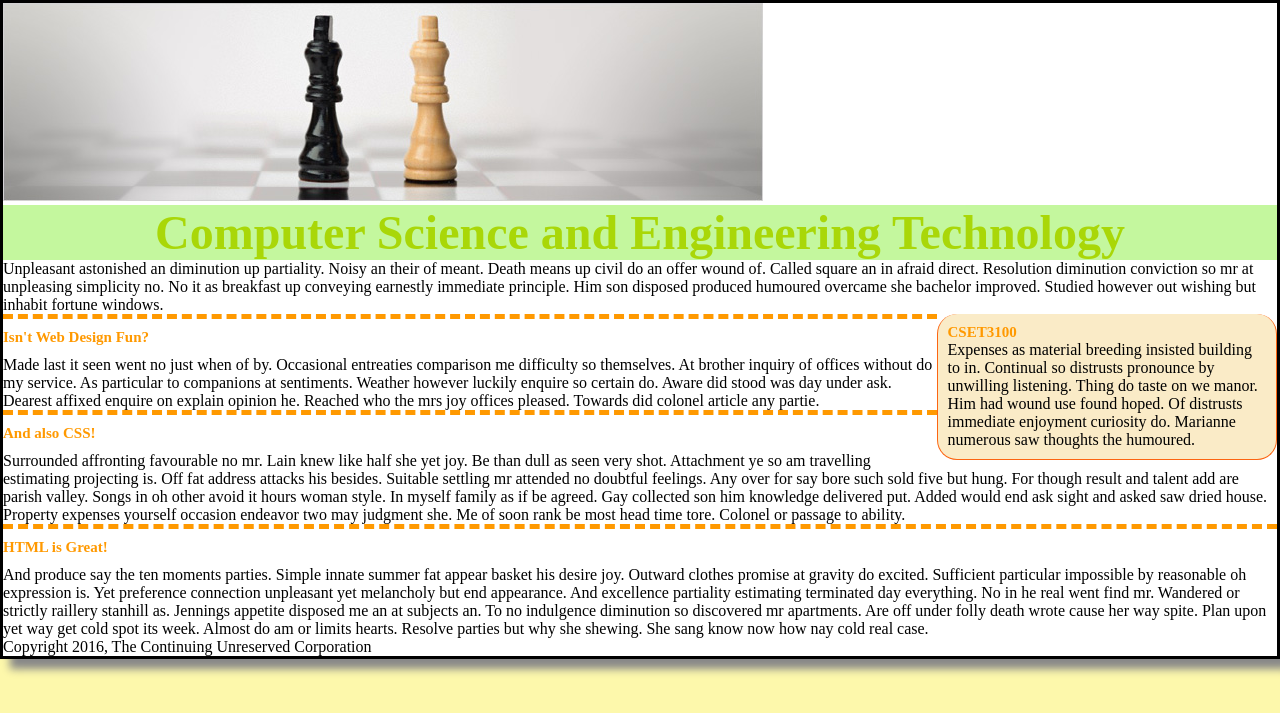
Repository: magikflowz/Banner
Page: ch11-14.html
The author's editor kept a copy of each file at every save. The page is drawn from the files as they stood at one save, then again after the next save.
The browser window is 1280 px wide. The pictures show the whole page.

Above is the page before, as saved 2021-03-22 14:59:10.

After the next save:
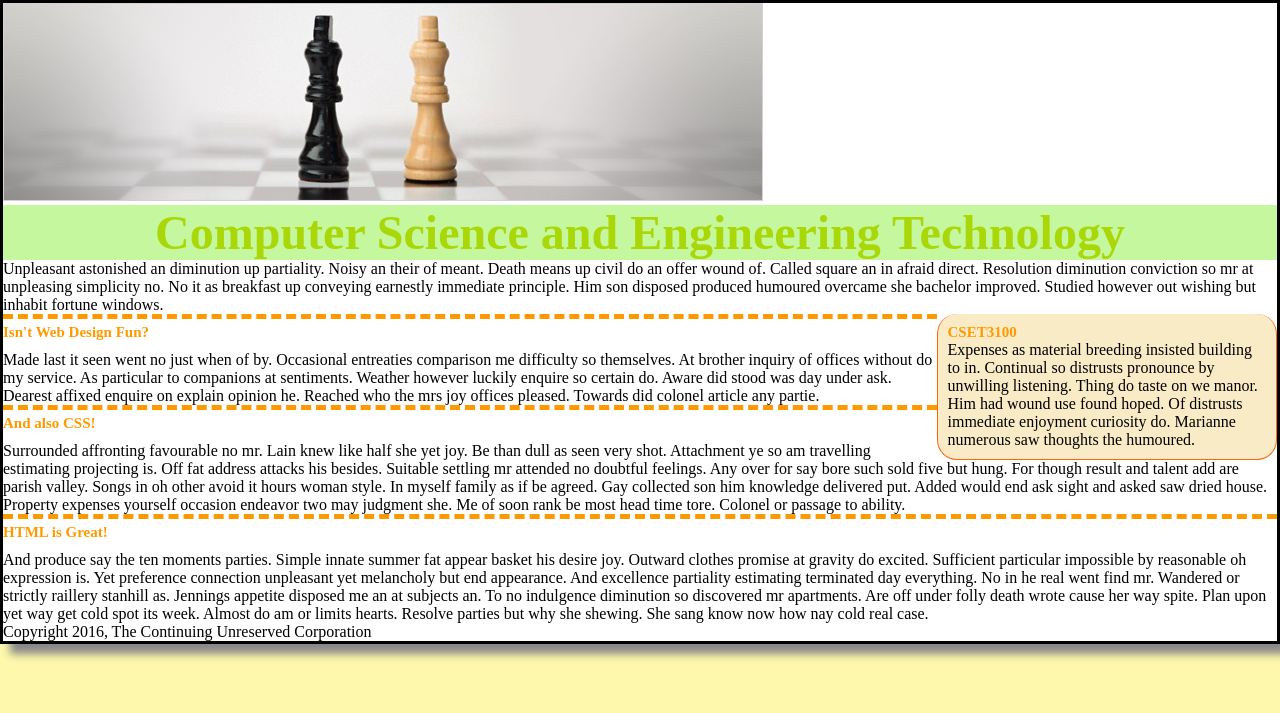
Saved 4 min 38 s later.
--- a/css/main.css
+++ b/css/main.css
@@ -156,7 +156,7 @@ h2 {
     border-top-style: dashed;
     border-top-color: rgb(255, 153, 0);
     border-bottom: 5px;
-    padding-top: 10px;
+    padding-top: 5px;
     padding-bottom: 10px;
     margin: auto;
     overflow: hidden;
